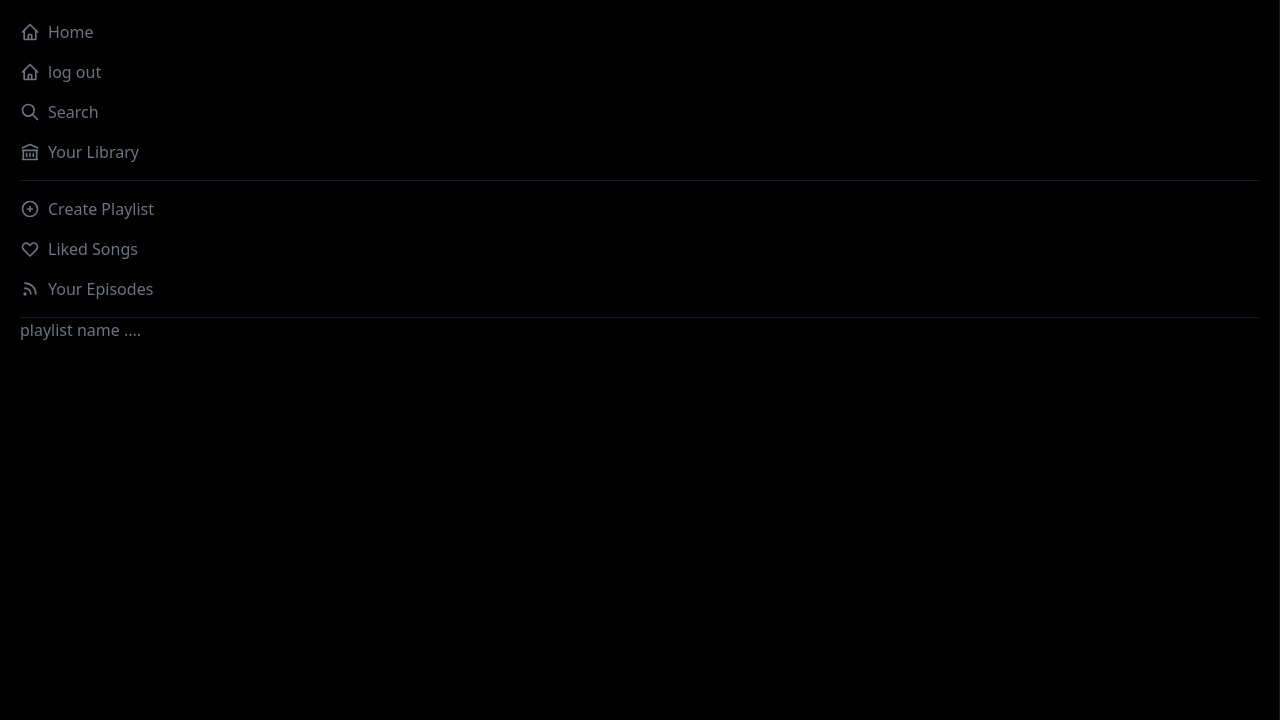
Repository: SehajBindra/Spotify-clone
Page: /
These files come from the project's save history. The page is drawn as it stood at one moment and after the next save; the edit follows.
The browser window is 1280 px wide. The pictures show the whole page.
The page's requests for data from a server got no answer. The project was rebuilt for these pictures with package versions that can differ from the ones it lists, and the page was loaded fresh each time. The framework's server and built-in components were replaced by stand-ins that run in the browser. No one was signed in, and anything a server would have sent is missing. Also part of the build but not shown: next.config.js, styles/Home.module.css.

Above is the page before, as saved 2022-07-09 13:51:23.

### pages/index.js
import styles from "../styles/Home.module.css";
import Head from "next/head";
import Sidebar from "../components/Sidebar";
import Center from "../components/Center";

export default function Home() {
  return (
    <div>
      <Head>
        <title>Spotify</title>
        <meta name="description" content="Generated by create next app" />
        <link rel="icon" href="/favicon.ico" />
      </Head>

      <main className=" bg-black h-screen overflow-hidden">
        <Sidebar />
        <Center />
      </main>

      <div>{/* footer */}</div>
    </div>
  );
}

### components/Sidebar.js
import React from "react";
import {
  HeartIcon,
  HomeIcon,
  LibraryIcon,
  PlusCircleIcon,
  RssIcon,
  SearchIcon,
} from "@heroicons/react/outline";

import { signOut, useSession } from "next-auth/react";

function Sidebar() {
  const { data: session, status } = useSession();
  console.log(session);
  return (
    <div className=" text-gray-500 p-5  border-r  border-gray-900 overflow-y-scroll h-screen ">
      <div className=" space-y-4">
        {" "}
        <button className="flex items-center space-x-2 hover:text-white">
          <HomeIcon className="h-5 w-5" />
          <p>Home</p>
        </button>
        <button
          onClick={() => signOut()}
          className="flex items-center space-x-2 hover:text-white"
        >
          <HomeIcon className="h-5 w-5" />
          <p>log out</p>
        </button>
        <button className="flex items-center space-x-2 hover:text-white">
          <SearchIcon className="h-5 w-5" />
          <p>Search</p>
        </button>
        <button className="flex items-center space-x-2 hover:text-white">
          <LibraryIcon className="h-5 w-5" />
          <p>Your Library</p>
        </button>
        <hr className=" border-t [0.1px] border-gray-900" />
        <button className="flex items-center space-x-2 hover:text-white">
          <PlusCircleIcon className="h-5 w-5" />
          <p>Create Playlist</p>
        </button>
        <button className="flex items-center space-x-2 hover:text-white">
          <HeartIcon className="h-5 w-5" />
          <p>Liked Songs</p>
        </button>
        <button className="flex items-center space-x-2 hover:text-white">
          <RssIcon className="h-5 w-5" />
          <p>Your Episodes</p>
        </button>
        <hr className=" border-t [0.1px] border-gray-900" />
      </div>

      {/* playlists */}

      <p className=" cursor-pointer hover:text-white"> playlist name ....</p>
    </div>
  );
}

export default Sidebar;

### components/Center.js
import React from "react";

function Center() {
  return (
    <div>
      <h1 className=" text-white"> I am Center</h1>
    </div>
  );
}

export default Center;

Loaded but not shown: pages/_app.js (common file); styles/globals.css (common file); tailwind.config.js (common file)

After the next save:
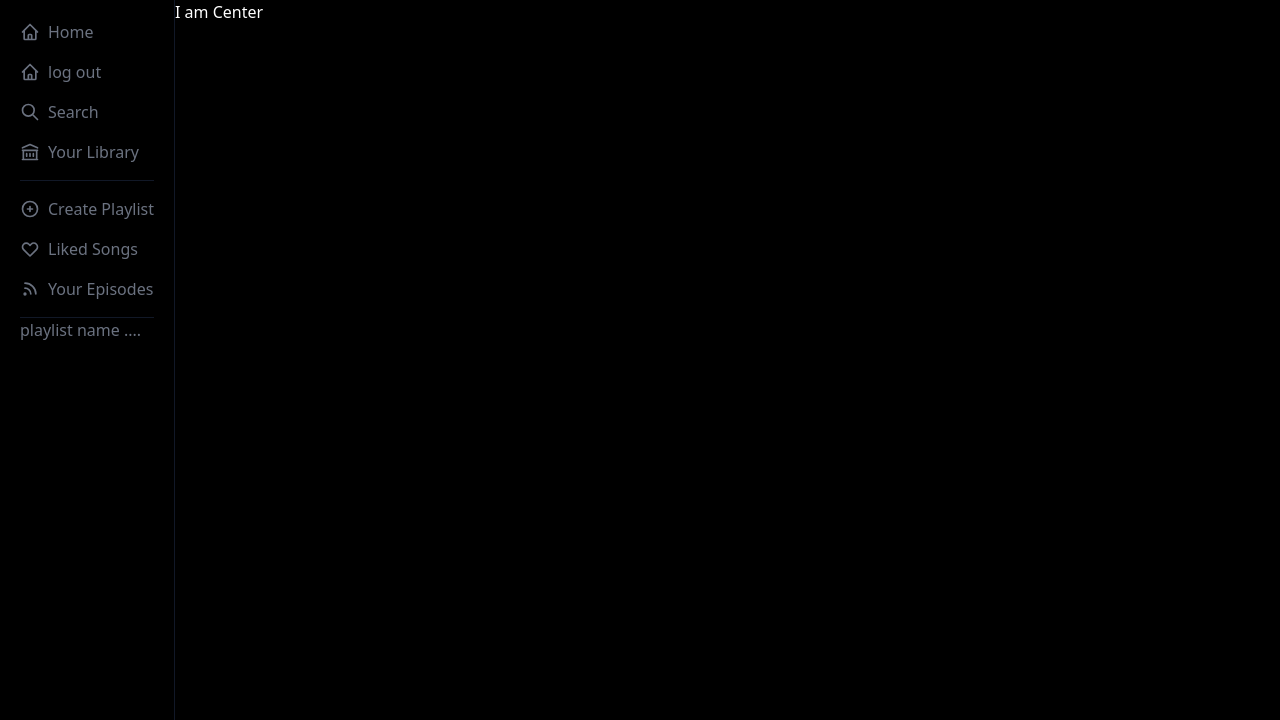
Saved 4 h 30 min later.
--- a/pages/index.js
+++ b/pages/index.js
@@ -11,13 +11,14 @@ export default function Home() {
         <meta name="description" content="Generated by create next app" />
         <link rel="icon" href="/favicon.ico" />
       </Head>
+      <div className="bg-black h-screen overflow-hidden">
+        <main className=" flex ">
+          <Sidebar />
+          <Center />
+        </main>
 
-      <main className=" bg-black h-screen overflow-hidden">
-        <Sidebar />
-        <Center />
-      </main>
-
-      <div>{/* footer */}</div>
+        <div>{/* footer */}</div>
+      </div>
     </div>
   );
 }
